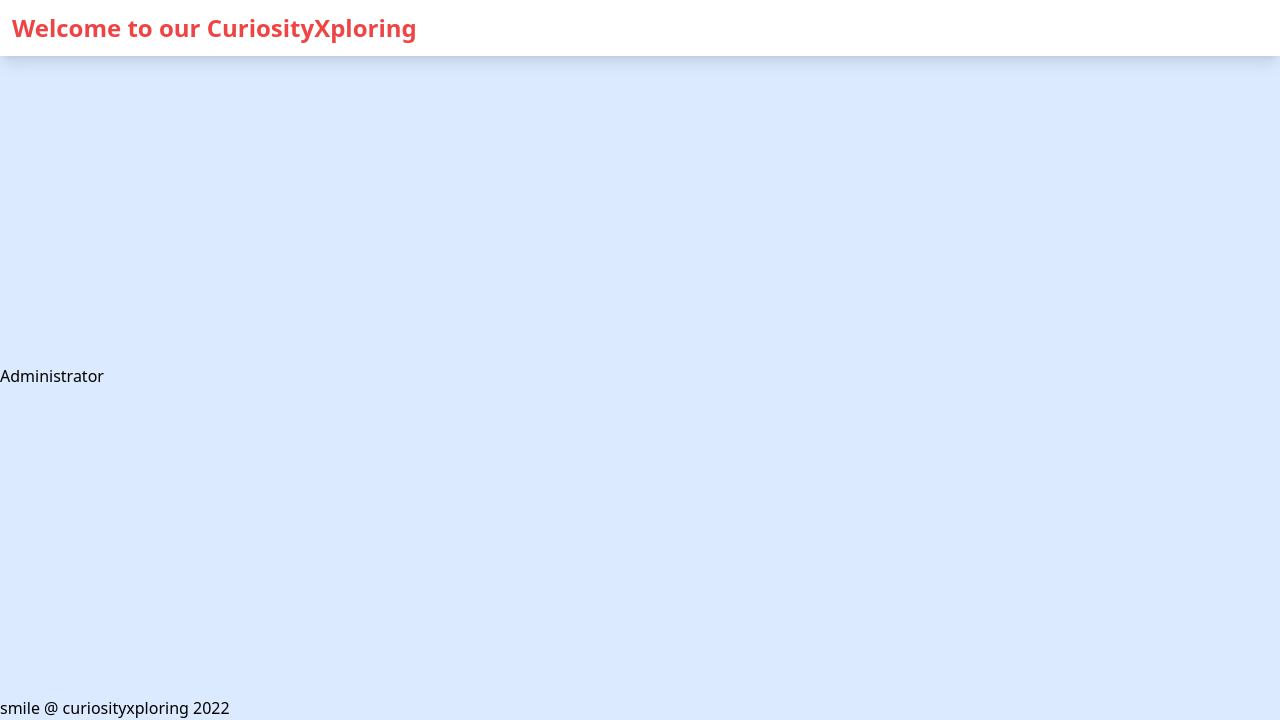
Repository: emorilebo/curiosityxploring-site
Page: /
The author's editor kept a copy of each file at every save. The page is drawn from the files as they stood at one save, then again after the next save.
The browser window is 1280 px wide. The pictures show the whole page.
The project was rebuilt for these pictures with package versions that can differ from the ones it lists, and the page was loaded fresh each time. The framework's server and built-in components were replaced by stand-ins that run in the browser. Also part of the build but not shown: next.config.js.

Above is the page before, as saved 2022-12-11 16:51:07.

### pages/index.js
import Head from "next/head";
import Image from "next/image";
import Layout from "../components/Layout";

export default function Home() {
  return (
    <div>
      <Layout title="Welcome to Curiosity Amazing community">
        Administrator
      </Layout>
    </div>
  );
}

### components/Layout.jsx
import Head from "next/head";
import React from "react";
import Header from "./Header";

const Layout = ({ children, title }) => {
  return (
    <>
      <Head>
        <title>{title ? title : "Curiosity Community"}</title>
        <meta name="description" content="Developer community" />
        <link rel="icon" href="/favicon.ico" />
      </Head>
      <div className="flex flex-col justify-between min-h-screen bg-blue-100">
        <header>
          <Header/>
        </header>
        <main>{children}</main>
        <footer>smile @ curiosityxploring 2022</footer>
      </div>
    </>
  );
};

export default Layout;

### components/Header.jsx
import React from "react";

const Header = () => {
  return (
    <nav className="bg-white p-3 shadow-lg">
      <h1 className="text-red-500 font-bold text-2xl">
        Welcome to our CuriosityXploring
      </h1>
    </nav>
  );
};

export default Header;

### tailwind.config.js
/** @type {import('tailwindcss').Config} */
module.exports = {
  purge: ["./pages/**/*.{js,ts,jsx,tsx}", "./components/**/*.{js,ts,jsx,tsx}"],
  darkMode: false, // or 'media' or 'class'
  theme: {
    extend: {},
  },
  variants: {
    extend: {},
  },
  plugins: [],
};

Loaded but not shown: pages/_app.js (common file); styles/globals.css (common file)

After the next save:
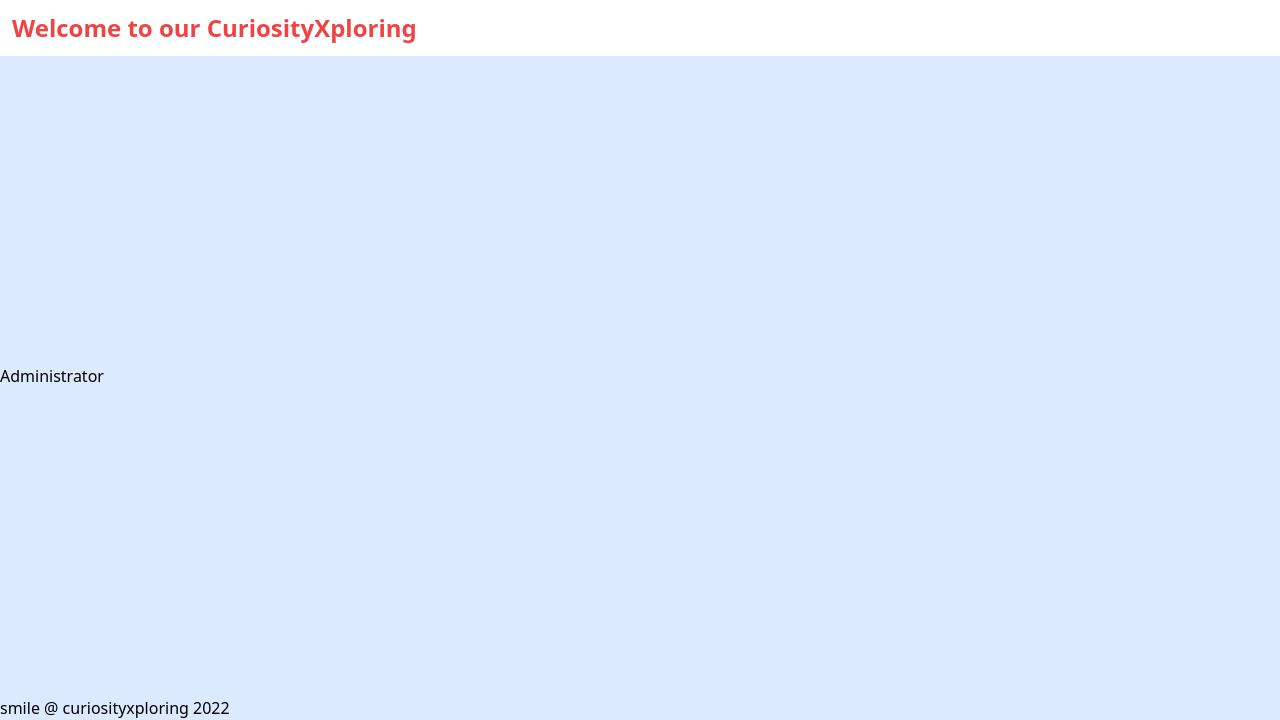
Saved 6 s later.
--- a/components/Header.jsx
+++ b/components/Header.jsx
@@ -2,7 +2,7 @@
 
 const Header = () => {
   return (
-    <nav className="bg-white p-3 shadow-lg">
+    <nav className="bg-white p-3 ">
       <h1 className="text-red-500 font-bold text-2xl">
         Welcome to our CuriosityXploring
       </h1>

After the 3 saves that followed:
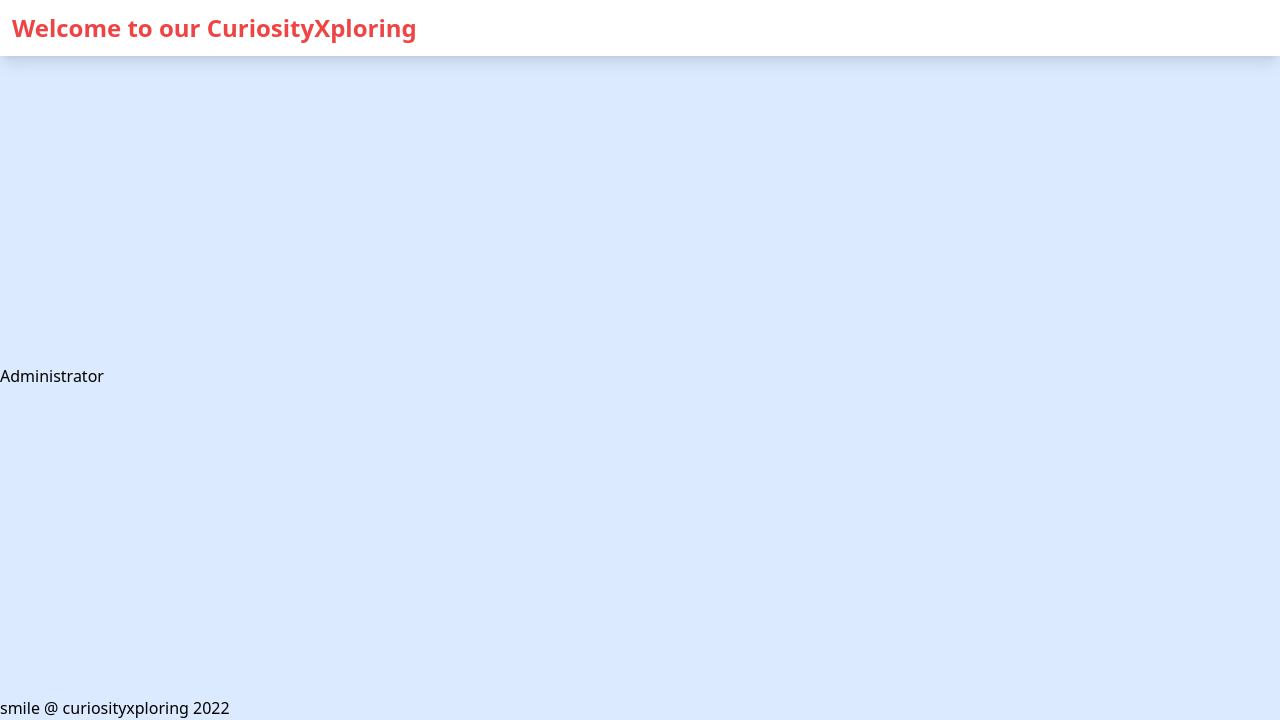
The 3 saves are shown as one change because they came seconds apart.
The last was saved 8 s later.
--- a/components/Header.jsx
+++ b/components/Header.jsx
@@ -2,7 +2,7 @@
 
 const Header = () => {
   return (
-    <nav className="bg-white p-3 ">
+    <nav className="bg-white p-3 shadow-lg">
       <h1 className="text-red-500 font-bold text-2xl">
         Welcome to our CuriosityXploring
       </h1>
